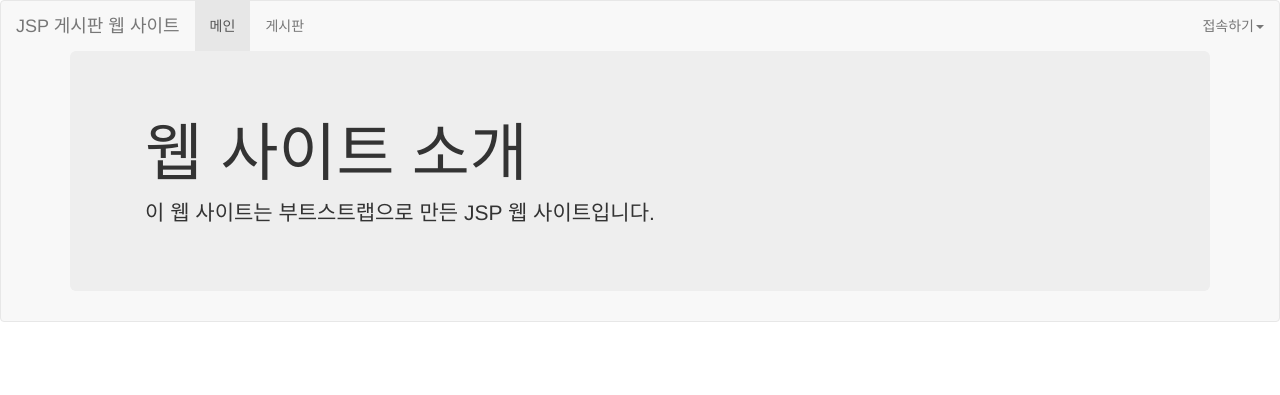
Repository: winter9388/JSP_BBS
Page: http://localhost/BBS/main.jsp
An editor plug-in stored every save of this project. The page is shown before and after the next save, followed by the edit.
The browser window is 1280 px wide. The pictures show the whole page.
Some web libraries are served in a nearby version. The page is served by Tomcat 9. Other server files are loaded and not shown.

Above is the page before, as saved 2022-08-18 12:11:38.

### BBS/src/main/webapp/main.jsp
<%@ page language="java" contentType="text/html; charset=UTF-8"
    pageEncoding="UTF-8"%>
<%@ page import="java.io.PrintWriter" %>
<!DOCTYPE html>
<html>
<head>
<meta charset="UTF-8">
<meta name="viewport" content="width=device-width", initial-scale="1">
<link rel="stylesheet" href="css/bootstrap.css">
<title>JSP 게시판 웹 사이트</title>
</head>
<body>
	<%
		String userID = null;
		if(session.getAttribute("userID") != null){ // 세션값이 존재하면
			userID = (String)session.getAttribute("userID"); // userID에 새션값을 입력
		}
	%>
	<nav class="navbar navbar-default">
		<div class="navbar-header">
			<button type="button" class="navbar-toggle collapsed"
				data-toggle="collapse" data-target="#bs-example-navbar-collapse-1"
				aria-expended="false">
				<span class="icon-bar"></span>
				<span class="icon-bar"></span>
				<span class="icon-bar"></span>
			</button>
			<a class="navbar-brand" href="main.jsp">JSP 게시판 웹 사이트</a>
		</div>
		<div class="collapse navbar-collapse" id="bs-example-navbar-collapse-1"
			aria-expended="false">
			<ul class="nav navbar-nav">
				<li class="active" ><a href="main.jsp">메인</a></li>
				<li><a href="bbs.jsp">게시판</a></li>
			</ul>

			<%
				if(userID == null){ //세션이 없는경우 (로그인 되있지 않은 경우)만 아래 항목들을 보여줌
			%>
			<ul class="nav navbar-nav navbar-right">
				<li class="dropdown">
					<a href="#" class="dropdown-toggle"
						data-toggle="dropdown" role="button" aria-haspopup="true"
						aria-expanded="false">접속하기<span class="caret"></span></a>
					<ul class="dropdown-menu">
						<li><a href="login.jsp">로그인</a></li>
						<li><a href="join.jsp">회원가입</a></li>
					</ul>
				</li>
			</ul>
			<%
				} else {
			%>
			<ul class="nav navbar-nav navbar-right">
				<li class="dropdown">
					<a href="#" class="dropdown-toggle"
						data-toggle="dropdown" role="button" aria-haspopup="true"
						aria-expanded="false">회원관리<span class="caret"></span></a>
					<ul class="dropdown-menu">
						<li><a href="logoutAction.jsp">로그아웃</a></li>
					</ul>
				</li>
			</ul>
			<%
				}
			%>
		</div>
		<div class="container">
			<div class="jumbotron">
				<div class="container">
					<h1>웹 사이트 소개</h1>
					<p>이 웹 사이트는 부트스트랩으로 만든 JSP 웹 사이트입니다.</p>
				</div>
			</div>
		</div>
	</nav>

	<script src="https://code.jquery.com/jquery-3.1.1.min.js"></script>
	<script src="js/bootstrap.js"></script>
</body>
</html>

Loaded but not shown: BBS/src/main/webapp/css/bootstrap.css (library); BBS/src/main/webapp/js/bootstrap.js (library)

After the next save:
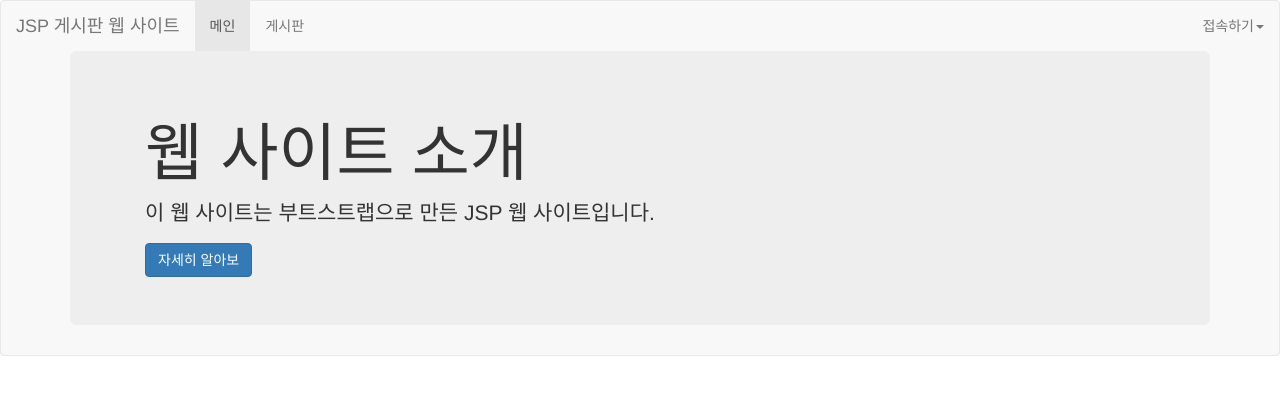
Saved 114 s later.
--- a/BBS/src/main/webapp/main.jsp
+++ b/BBS/src/main/webapp/main.jsp
@@ -70,6 +70,7 @@
 				<div class="container">
 					<h1>웹 사이트 소개</h1>
 					<p>이 웹 사이트는 부트스트랩으로 만든 JSP 웹 사이트입니다.</p>
+					<a class="btn btn-primary btn-pull" href="#" role="button">자세히 알아보</a>
 				</div>
 			</div>
 		</div>
